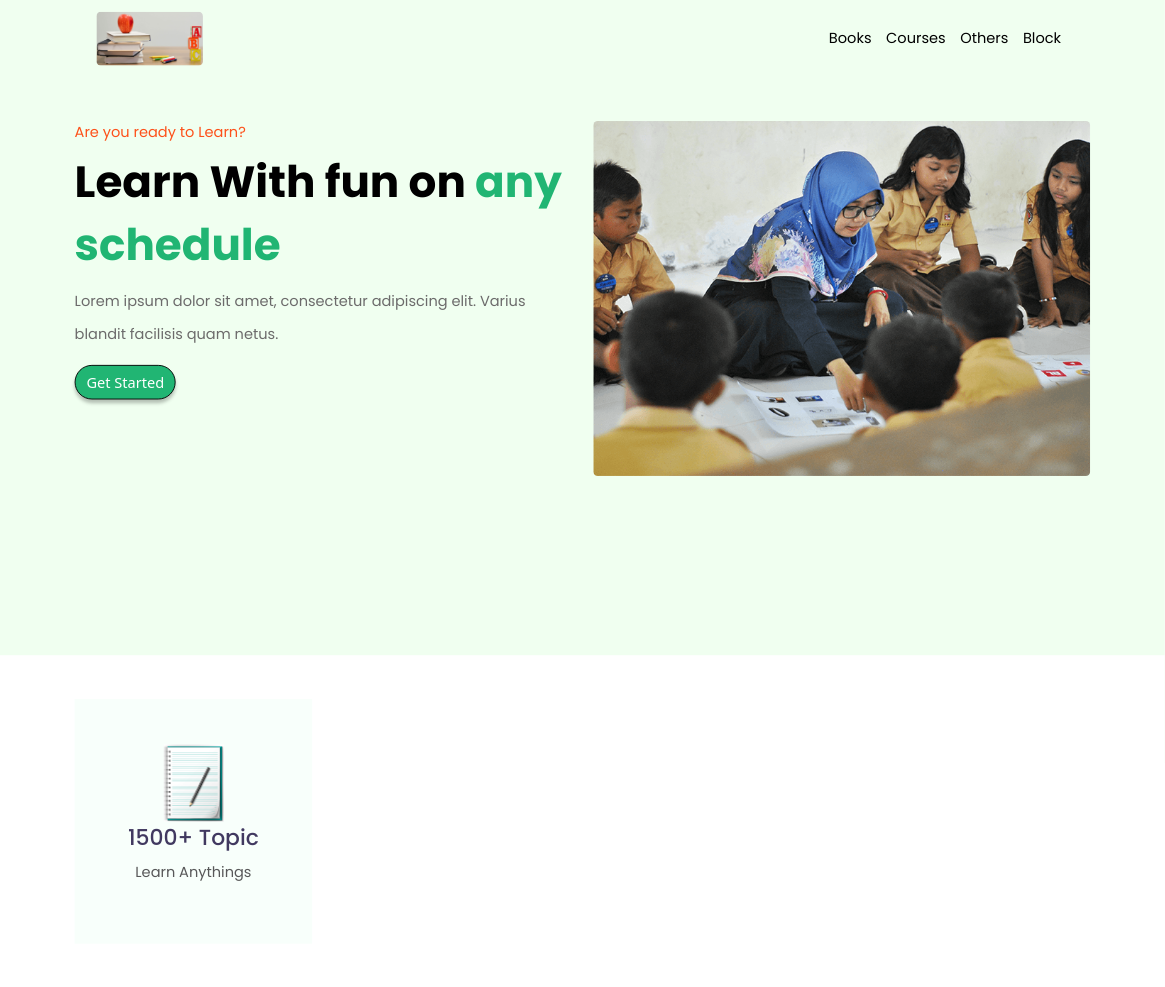
Repository: zjria/Figma-to-E-school
Page: index.html
An editor plug-in stored every save of this project. The page is shown before and after the next save, followed by the edit.
The browser window is 1280 px wide. The pictures show the whole page, at 91% of full size.
Some web libraries are served in a nearby version.

Above is the page before, as saved 2022-05-06 19:56:17.

### index.html
<!doctype html>
<html lang="en">
  <head>
    <!-- Required meta tags -->
    <meta charset="utf-8">
    <meta name="viewport" content="width=device-width, initial-scale=1">
    <title>E-School</title>

    <!-- Google Font family -->
    <link rel="preconnect" href="https://fonts.googleapis.com">
    <link rel="preconnect" href="https://fonts.gstatic.com" crossorigin>
    <link href="https://fonts.googleapis.com/css2?family=Poppins:wght@100;300;400;500;600;700;800;900&display=swap" rel="stylesheet">
    <!-- Bootstrap CSS -->
    <link href="https://cdn.jsdelivr.net/npm/bootstrap@5.0.2/dist/css/bootstrap.min.css" rel="stylesheet">
    <!-- Font awesome -->
    <link rel="stylesheet" href="https://cdnjs.cloudflare.com/ajax/libs/font-awesome/6.1.1/css/all.min.css">
    <!-- custom css -->
    <link rel="stylesheet" href="style.css">
  </head>
  <body>
    <section class="hero-section">
        <div class="container">
            <div class="row">
                <nav class="navbar navbar-expand-md navbar-light">
                    <div class="container-fluid">
                      <a class="navbar-brand" href="#"><img class="img-fluid rounded-3" src="images/logo.png" alt=""></a>
                      <button class="navbar-toggler" type="button" data-bs-toggle="collapse" data-bs-target="#navbarSupportedContent" aria-controls="navbarSupportedContent" aria-expanded="false" aria-label="Toggle navigation">
                        <span class="navbar-toggler-icon"></span>
                      </button>
                      <div class="collapse navbar-collapse" id="navbarSupportedContent">
                        <ul class="navbar-nav me-auto mb-2 mb-lg-0">
                          <li class="nav-item">
                            <a class="nav-link" href="#">Books</a>
                          </li>
                          <li class="nav-item">
                            <a class="nav-link" href="#">Courses</a>
                          </li>
                          <li class="nav-item">
                            <a class="nav-link" href="#">Others</a>
                          </li>
                          <li class="nav-item">
                            <a class="nav-link" href="#">Block</a>
                          </li>
                        </ul>

                      </div>
                    </div>
                  </nav>
            </div>
            <!-- Header Content Section -->
            <div class="row pt-5">
              <div class="col-md-6 hero-content">
                <h5>Are you ready to Learn?</h5>
                <h1>Learn With fun on <span>any schedule</span></h1>
                <p>Lorem ipsum dolor sit amet, consectetur adipiscing elit. Varius blandit facilisis quam netus.</p>
                <a href="" class="btn btn-custom">Get Started</a>
              </div>
              <div class="col-md-6">
                <img src="images/hero-img.png" class="img-fluid rounded-3" alt="">
              </div>
            </div>
        </div>
    </section>

     <!-- Feature -->
     <section class="feature mt-5 mb-5">
      <div class="container">
        <div class="row">
          <div class="col-md-3">
            <div class="feature-content text-center">
              <img src="images/price-1.png" class="img-fluid" alt="">
              <h3>1500+ Topic</h3>
              <p>Learn Anythings</p>
            </div>
          </div>
          <div class="col-md-3"></div>
          <div class="col-md-3"></div>
        </div>
      </div>
     </section>








    <!-- Option 1: Bootstrap Bundle with Popper -->
    <script src="https://cdn.jsdelivr.net/npm/bootstrap@5.0.2/dist/js/bootstrap.bundle.min.js"></script>
  </body>
</html>

### style.css
/* font-family: 'Poppins', sans-serif; */
.hero-section{
    background: #F0FFF0;
    min-height: 100vh;
}
.navbar-light .navbar-nav .nav-link {
    color: rgb(0, 0, 0);
    font-family: 'Poppins', sans-serif;
    font-style: normal;
    font-weight: 400;
    font-size: 16px;
    line-height: 24px;
}
.navbar-light .navbar-nav .nav-link:hover {
    color: #C2B49D;
}
.navbar-brand img{
    width: 15%;
}
.hero-content h5 {
    font-family: 'Poppins';
    font-style: normal;
    font-weight: 400;
    font-size: 16px;
    line-height: 24px;
    color: #FD511A;
}
.hero-content h1 {
    font-family: 'Poppins';
    font-style: normal;
    font-weight: 700;
    font-size: 48px;
    line-height: 70px;
    color: #000000;
}
.hero-content h1 span{
    color: #21B573
}
.hero-content p {
    font-family: 'Poppins';
    font-style: normal;
    font-weight: 400;
    font-size: 16px;
    line-height: 36px;
    color: #6C6B6B;
}
.btn-custom{
    background: #21B573;
    border: 1px solid #000000;
    box-shadow: 0px 4px 4px rgba(0, 0, 0, 0.25);
    border-radius: 33px;
    color: #fff;
}
.feature-content{
    background: #F8FFFB;
    padding: 50px 0;
}
.feature-content img{
    width: 66px;
    height: 85px;
}
.feature-content h3{
font-family: 'Poppins';
font-style: normal;
font-weight: 500;
font-size: 24px;
line-height: 36px;color: #413960;
}
.feature-content p{
font-family: 'Poppins';
font-style: normal;
font-weight: 400;
font-size: 16px;
line-height: 24px;color: #585859;
}

After the next save:
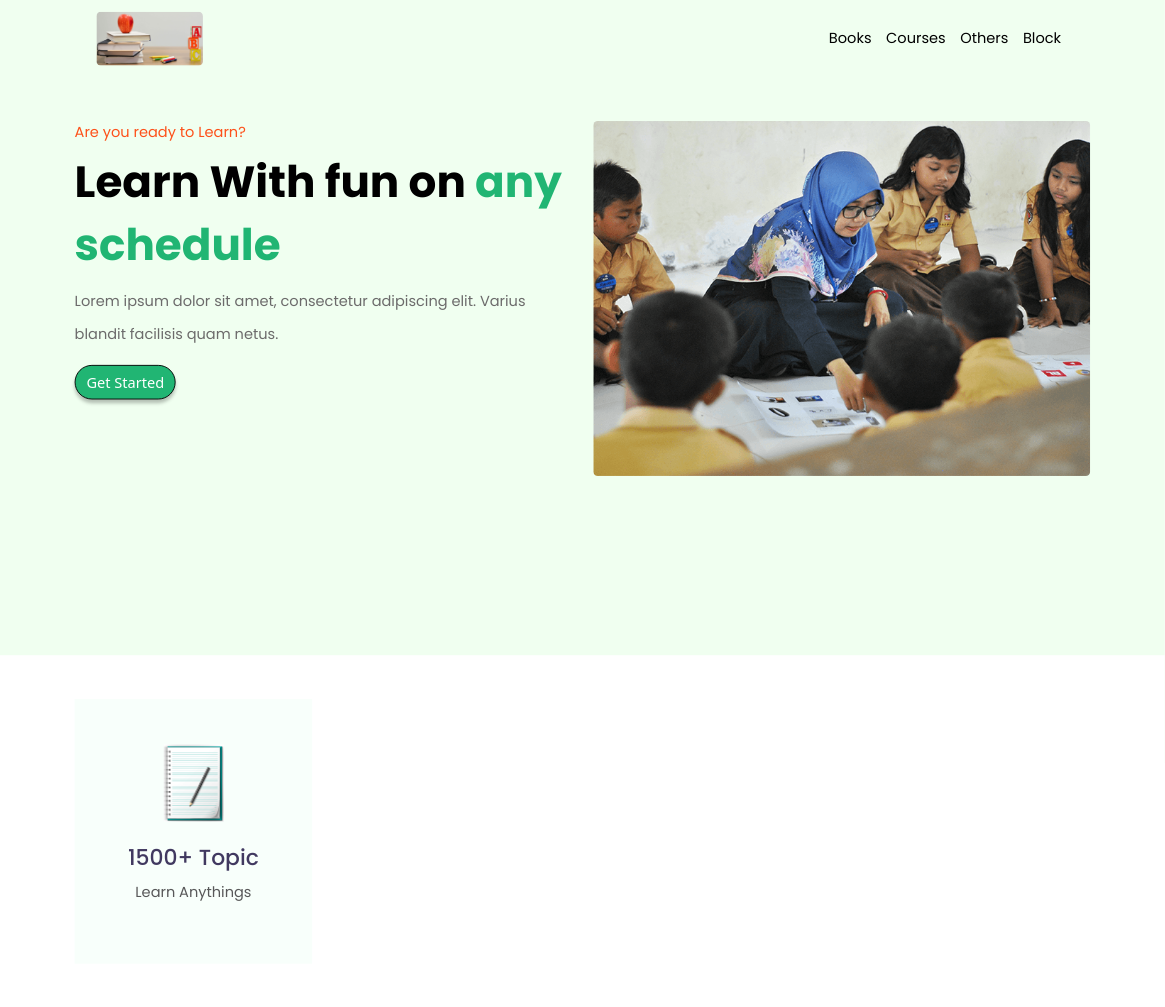
Saved 2 min 11 s later.
--- a/style.css
+++ b/style.css
@@ -58,7 +58,7 @@
 .feature-content img{
     width: 66px;
     height: 85px;
-}
+margin-bottom: 22px;}
 .feature-content h3{
 font-family: 'Poppins';
 font-style: normal;
